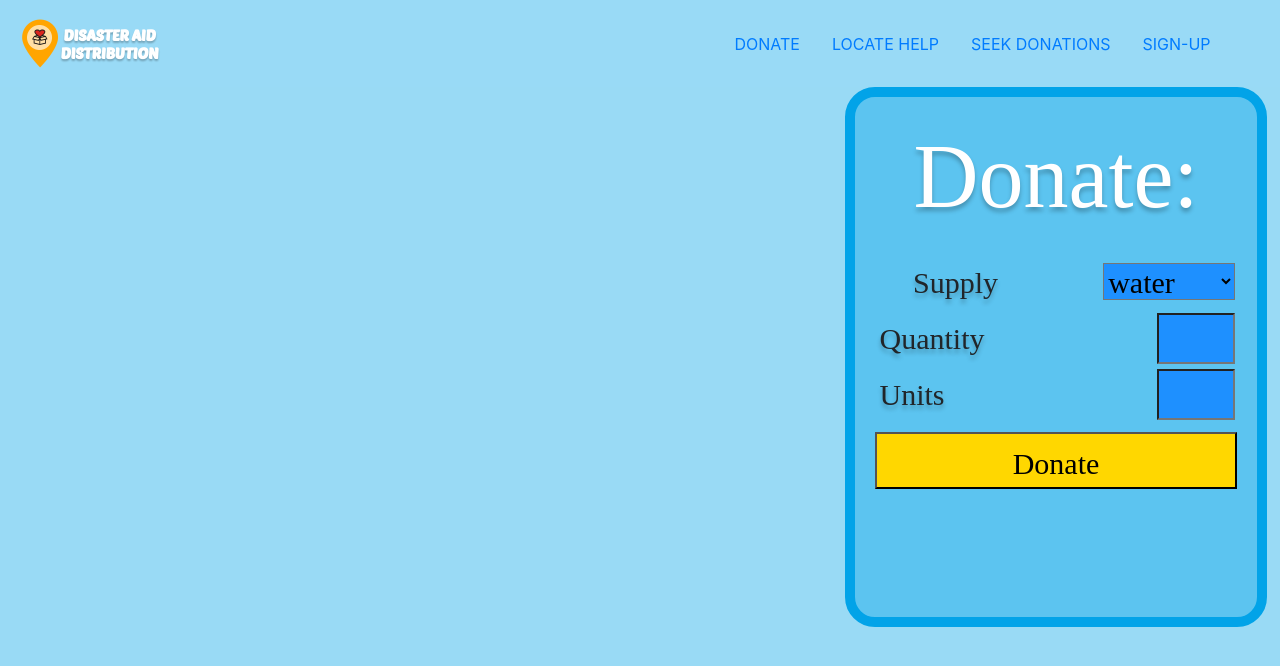
Repository: uprm-inso-4115-2019-2020-S2/semester-project-inso4115-DisasterAid-backend
Page: /donate-modal (app in disaster-aid/)
An editor plug-in stored every save of this project. The page is shown before and after the next save, followed by the edit.
The browser window is 1280 px wide. The pictures show the whole page.
The project was rebuilt for these pictures with package versions that can differ from the ones it lists, and the page was loaded fresh each time. Also part of the build but not shown: disaster-aid/angular.json, disaster-aid/src/app/login/login.component.ts, disaster-aid/src/app/register/register.component.ts, disaster-aid/src/app/home/home.component.ts, disaster-aid/src/app/landing-page/landing-page.component.ts, disaster-aid/src/app/donations/donations.component.ts, disaster-aid/src/app/donations.service.ts.

Above is the page before, as saved 2020-05-09 02:15:57.

After the next save:
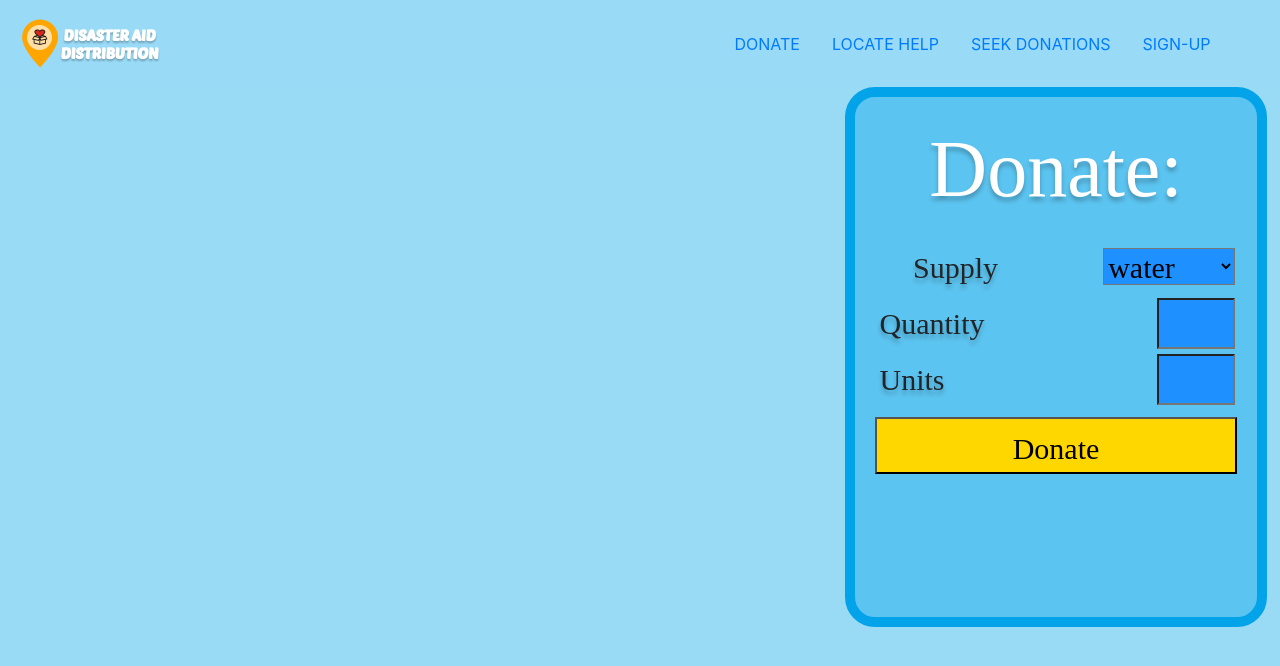
Saved 20 s later.
--- a/disaster-aid/src/app/donate-modal/donate-modal.component.html
+++ b/disaster-aid/src/app/donate-modal/donate-modal.component.html
@@ -17,7 +17,7 @@
 </nav>
 
 <div class="donateBox">
-    <p style="font-size:90px; text-align: center; padding-top: 3%; color: white;">Donate:</p>
+    <p style="font-size:80px; text-align: center; padding-top: 3%; color: white;">Donate:</p>
     <!-- <form [formGroup]="loginForm" (ngSubmit)="onSubmit(loginForm.value)"> -->
         <div style="text-align: right; padding-right: 22px;">
             <div>
